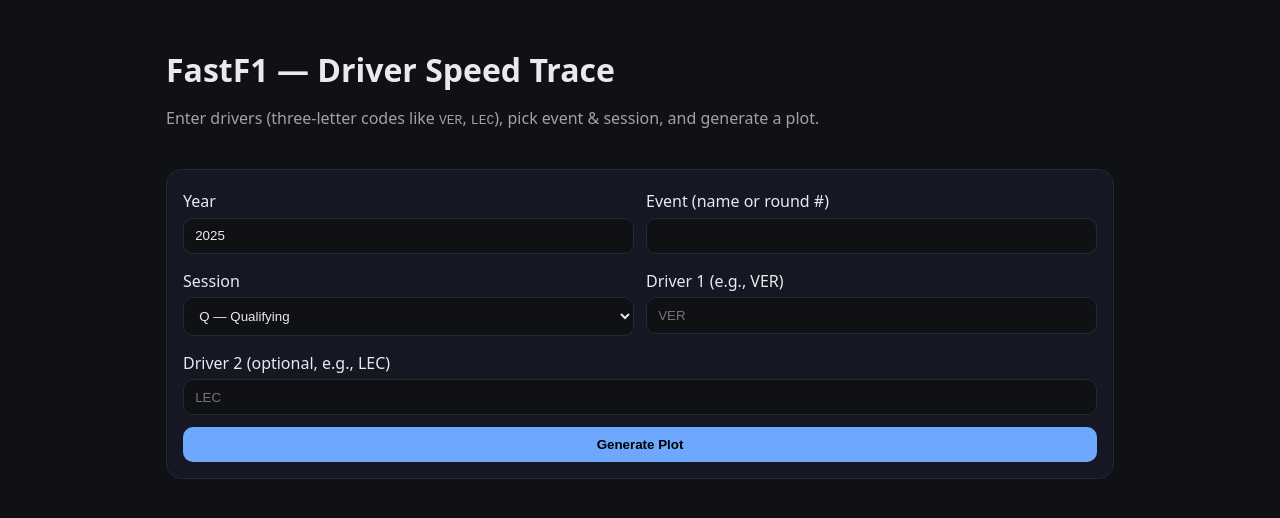
Repository: gqnsptaa/fastf1_web_preview
Page: http://localhost/
These files come from the project's save history. The page is drawn as it stood at one moment and after a run of saves; the edit follows.
The browser window is 1280 px wide. The pictures show the whole page.
The page is served by the project's application, run on Flask 3 (app.py).

Above is the page before, as saved 2025-09-22 17:10:29.

After the next 2 saves:
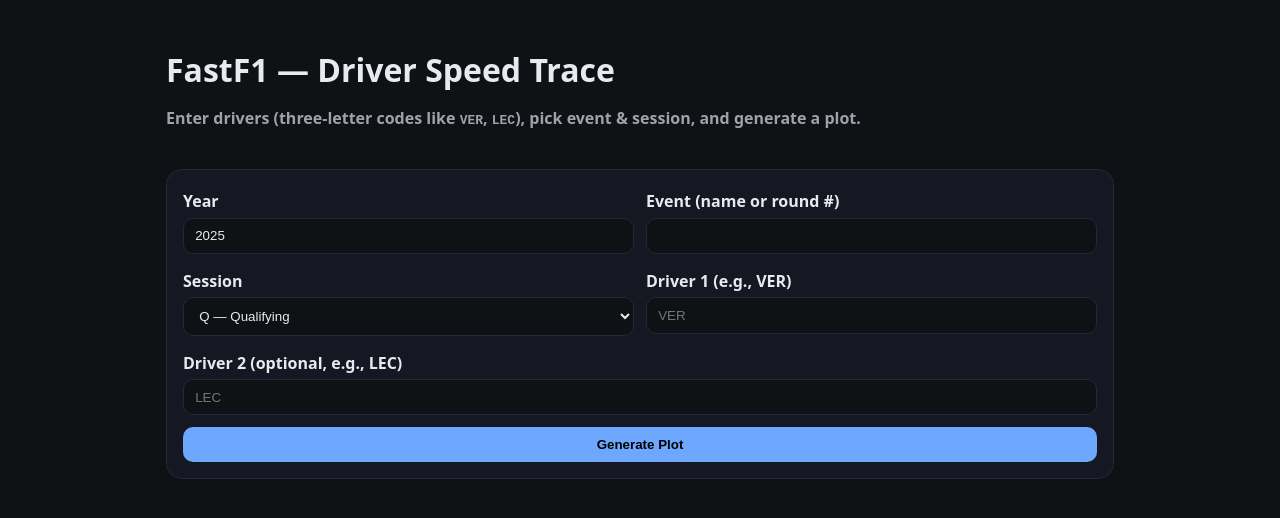
Not found: static/fonts/F1Display-Bold.ttf
The 2 saves are shown as one change because they came seconds apart.
The last was saved 15 s later.
--- a/static/styles.css
+++ b/static/styles.css
@@ -19,7 +19,9 @@
 }
 body {
   margin: 0;
-  font-family: system-ui, -apple-system, Segoe UI, Roboto, Helvetica, Arial;
+  font-family: "F1 Display", system-ui, Segoe UI, Roboto, Helvetica, Arial,
+    sans-serif;
+  font-weight: 700;
   background: var(--bg);
   color: var(--text);
 }

After the 2 saves that followed:
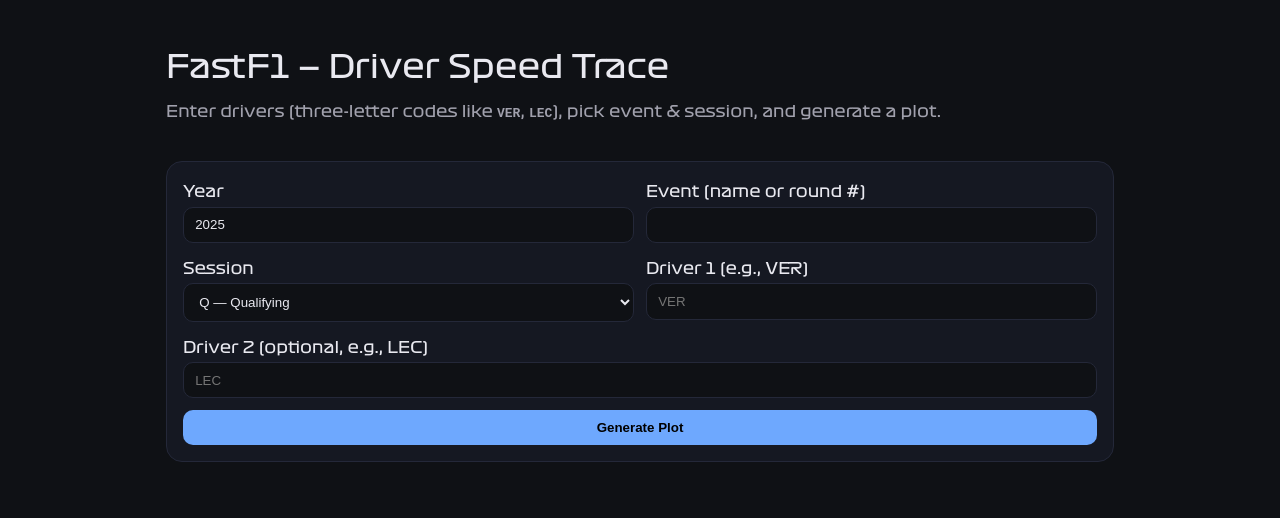
The 2 saves are shown as one change because they came seconds apart.
The last was saved 3 min 27 s later.
--- a/static/styles.css
+++ b/static/styles.css
@@ -1,6 +1,6 @@
 @font-face {
   font-family: "F1 Display";
-  src: url("fonts/F1Display-Bold.ttf") format("truetype");
+  src: url("fonts/F1-font.ttf") format("truetype");
   font-weight: 700;
   font-style: normal;
   font-display: swap;
